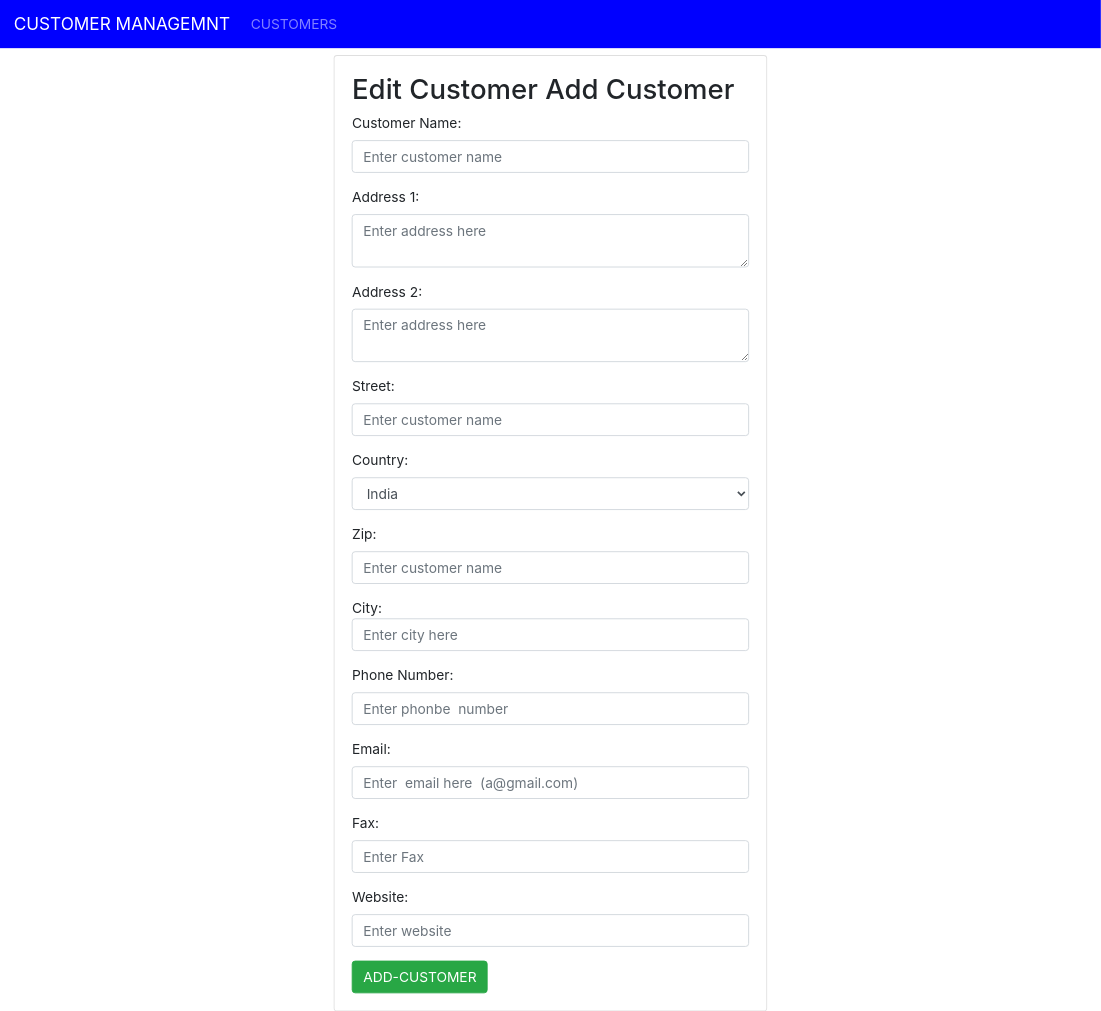
Repository: shruti-2522/webdirekt-assignment
Page: http://localhost/Customer-Project/customer-form.jsp
The author's editor kept a copy of each file at every save. The page is drawn from the files as they stood at one save, then again after the next save.
The browser window is 1280 px wide. The pictures show the whole page, at 86% of full size.
The page is served by Tomcat 9. The template is opened directly, without the code that normally fills it, so the values that code supplies are empty.

Above is the page before, as saved 2021-07-05 11:22:10.

After the next save:
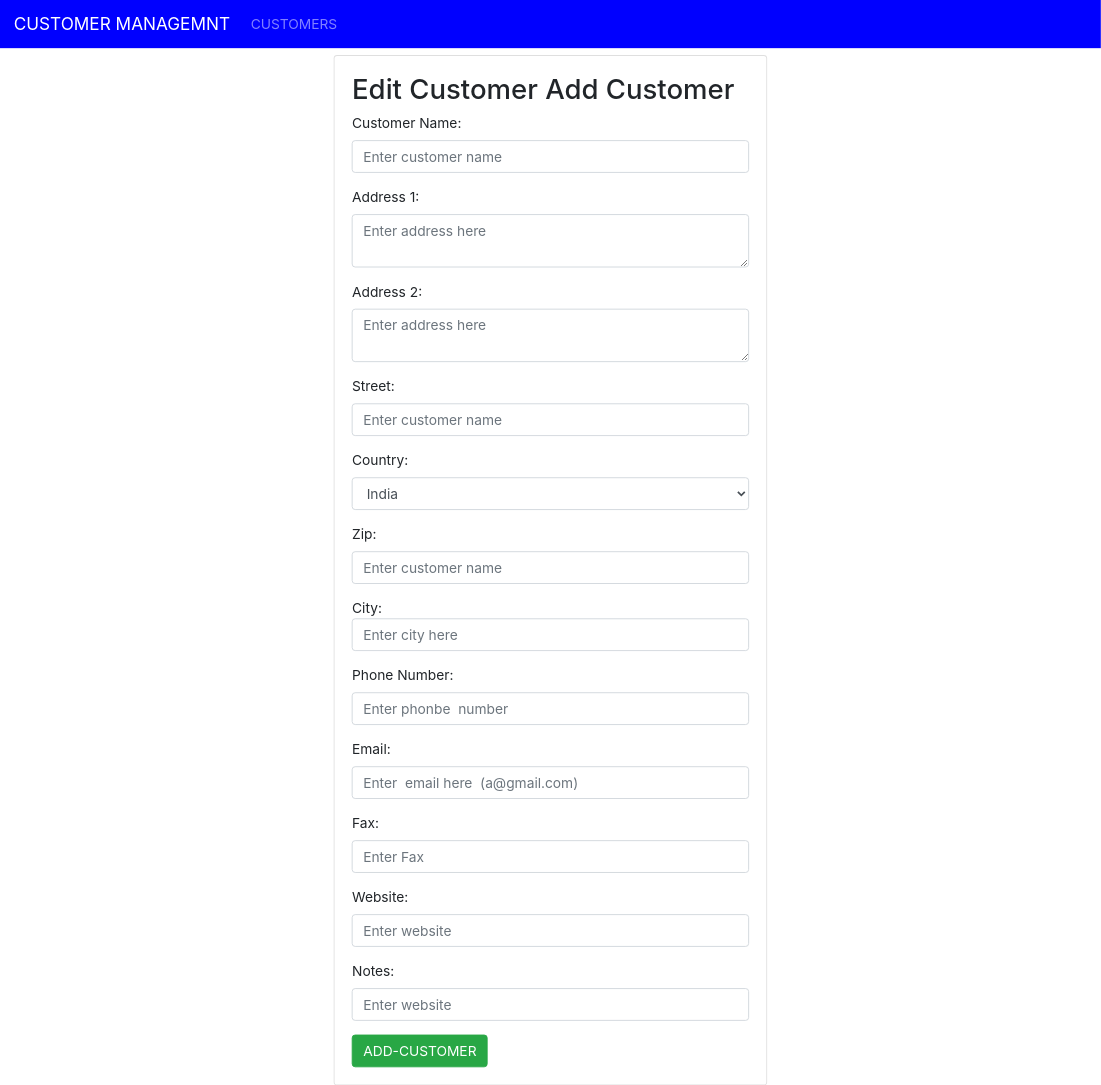
Saved 26 s later.
--- a/Customer-Project/src/main/webapp/customer-form.jsp
+++ b/Customer-Project/src/main/webapp/customer-form.jsp
@@ -131,6 +131,12 @@
 				</fieldset>
 
 
+	<fieldset class="form-group">
+					<label>Notes:</label> <input type="text" class="form-control"
+						placeholder="Enter website" name="Notes">
+				</fieldset>
+
+
 
 				<button type="submit" class="btn  btn-success  ">ADD-CUSTOMER</button>
 				</form>
